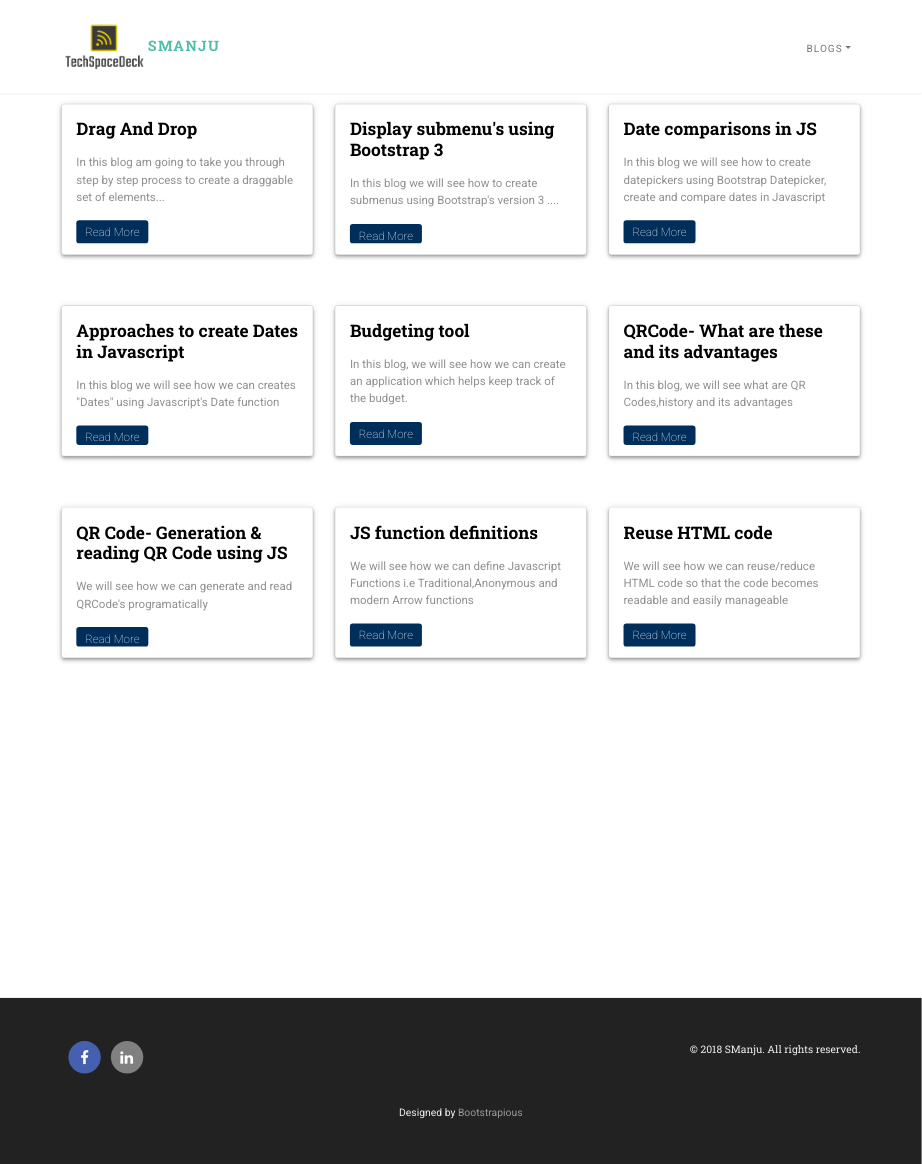
Repository: vnmshenoy/portfolio
Page: MyPort/blogs/jsblogs.html
These files come from the project's save history. The page is drawn as it stood at one moment and after the next save; the edit follows.
The browser window is 1280 px wide. The pictures show the whole page, at 72% of full size.

Above is the page before, as saved 2020-11-14 18:17:40.
Console error: SyntaxError: Unexpected identifier 'Object'

After the next save:
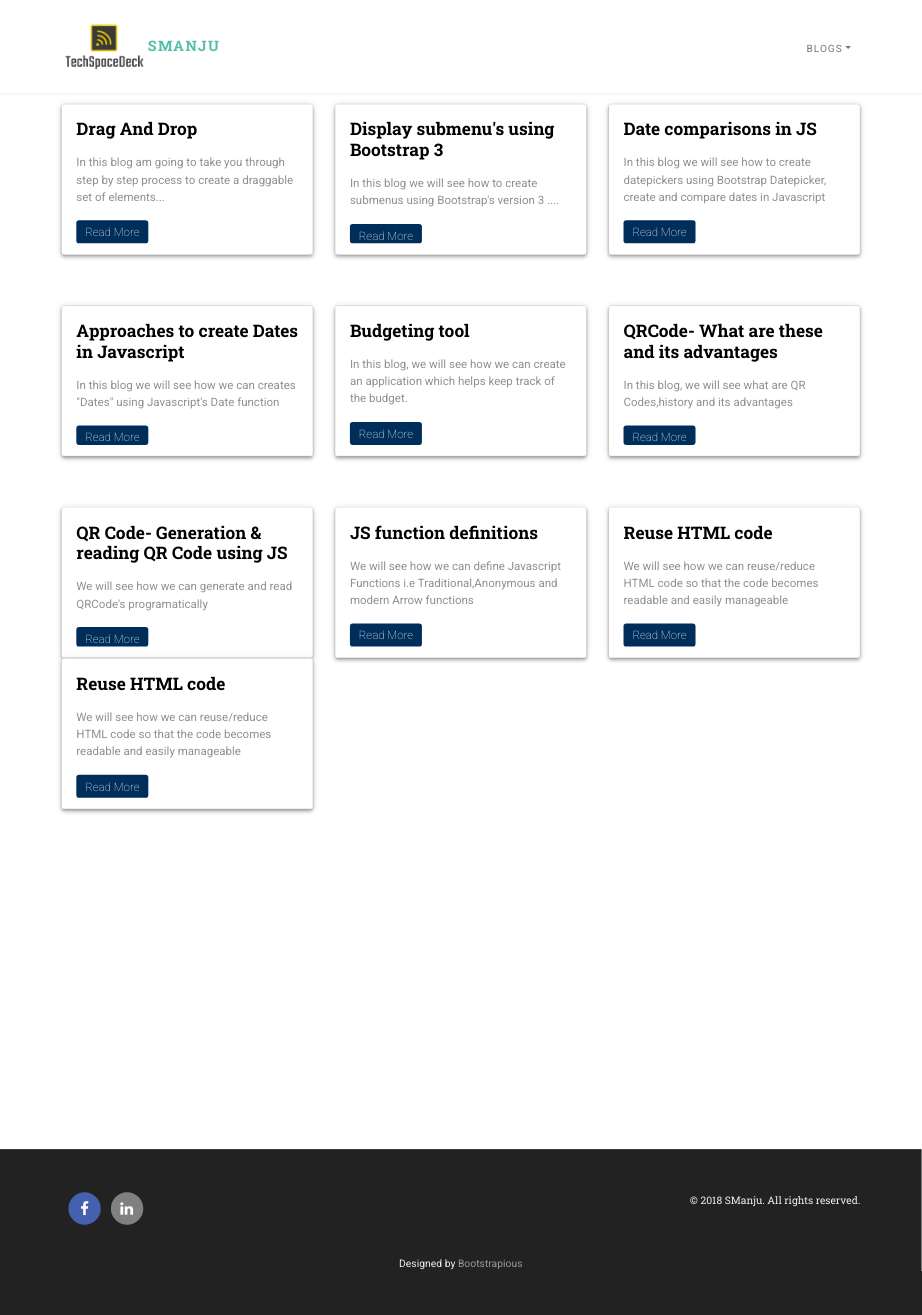
Saved 102 s later.
--- a/MyPort/blogs/jsblogs.html
+++ b/MyPort/blogs/jsblogs.html
@@ -205,6 +205,20 @@ _________________________________________________________ -->
               </div>
             </a>
           </div>
+          <div class="col-lg-4">
+            <a href="JS/howToReuseHTML.html">
+              <div class="card">
+                <h4>Reuse HTML code</h4>
+                <p>
+                  We will see how we can reuse/reduce HTML code so that the code
+                  becomes readable and easily manageable
+                </p>
+                <a href="JS/howToReuseHTML.html" class="blue-button"
+                  >Read More</a
+                >
+              </div>
+            </a>
+          </div>
         </div>
       </div>
     </div>
